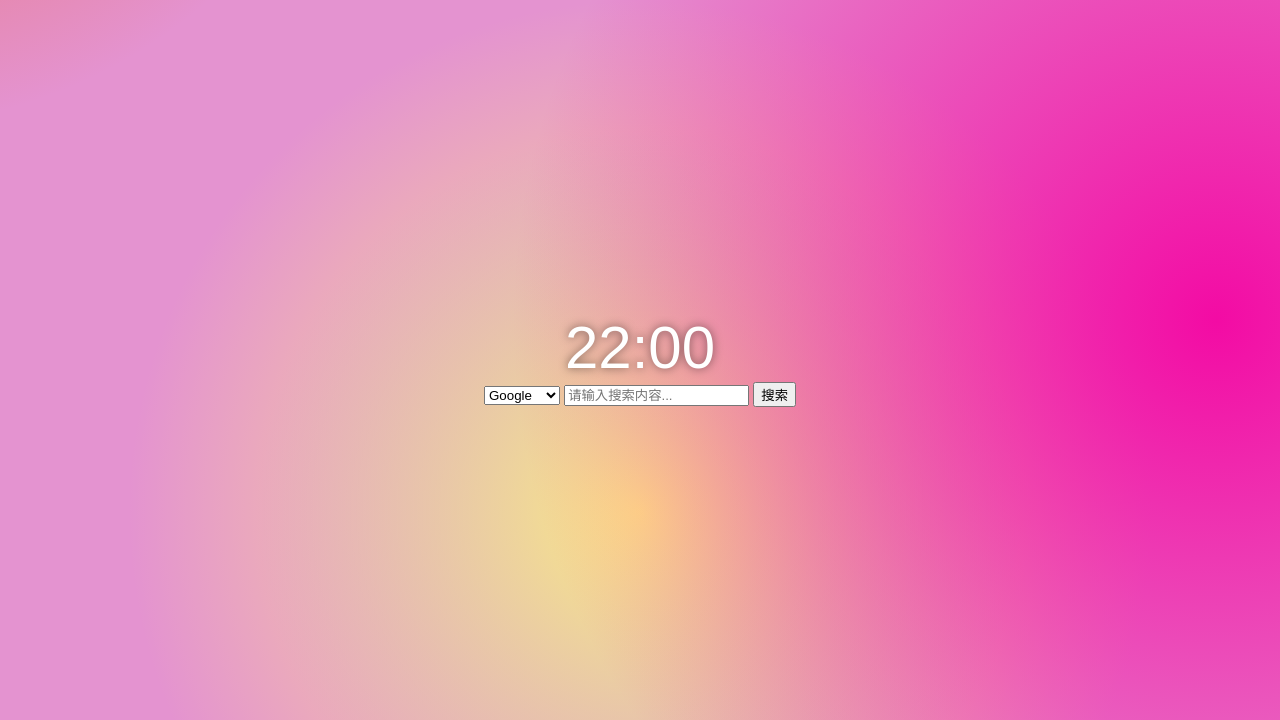
Repository: RADEKWRLD/NaviR
Page: index.html
An editor plug-in stored every save of this project. The page is shown before and after the next save, followed by the edit.
The browser window is 1280 px wide. The pictures show the whole page.

Above is the page before, as saved 2025-05-23 22:15:24.

After the next save:
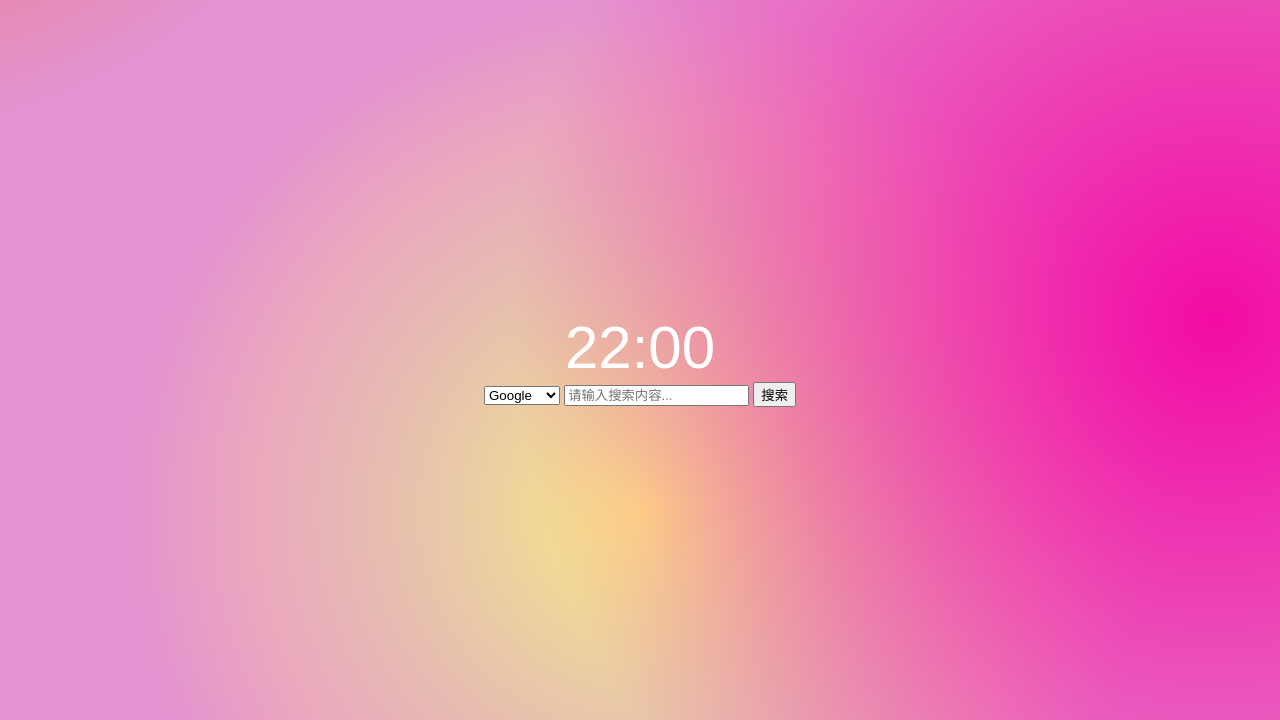
Saved 10 s later.
--- a/style.css
+++ b/style.css
@@ -100,5 +100,4 @@ body {
 #clock{
     font-size: 4rem;
     color: #fff;
-    text-shadow: 0 0 10px rgba(0, 0, 0, 0.5);
 }
